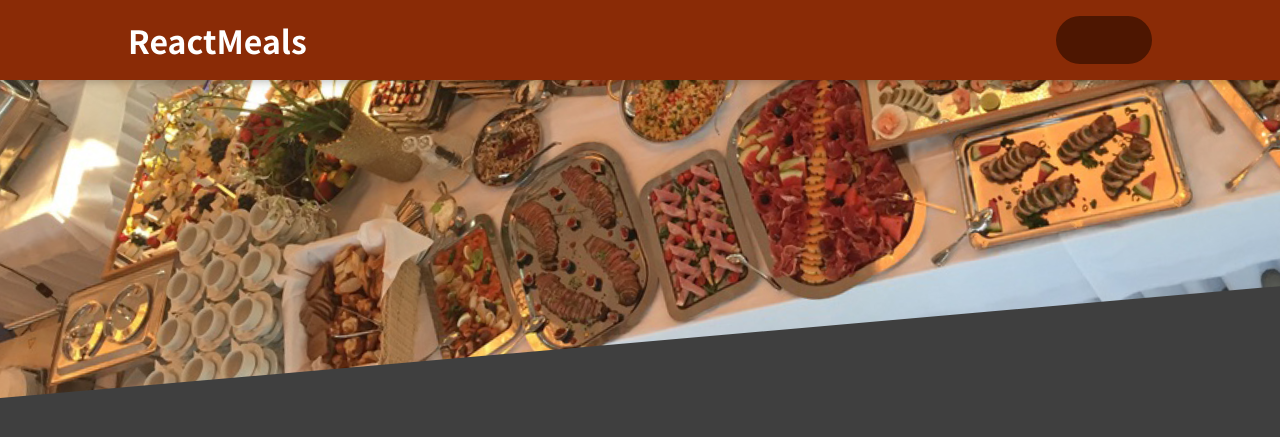
Repository: m-ahmadshaikh/React-Food-Ordering-App
Page: /
These files come from the project's save history. The page is drawn as it stood at one moment and after the next save; the edit follows.
The browser window is 1280 px wide. The pictures show the whole page.
The project was rebuilt for these pictures with package versions that can differ from the ones it lists, and the page was loaded fresh each time.

Above is the page before, as saved 2022-09-08 16:27:51.

### src/components/Layout/Header.js
import React from 'react';
import styles from './Header.module.css';
import mealsImage from '../../assets/meals.jpeg';
import HeaderCartButton from './HeaderCartButton';
export default function Header() {
  return (
    <React.Fragment>
      <header className={styles.header}>
        <h1>ReactMeals</h1>
        <HeaderCartButton />
      </header>
      <div className={styles['main-image']}>
        <img src={mealsImage} alt="A table full of delicious foods." />
      </div>
    </React.Fragment>
  );
}

### src/components/Layout/HeaderCartButton.js
import React from 'react';
import CartIcon from '../Cart/CartIcon';
import classes from './HeaderCartButton.module.css';
export default function HeaderCartButton() {
  return (
    <button className={classes.button}>
      <span>
        <CartIcon />
      </span>
      <span></span>
      <span></span>
    </button>
  );
}

### src/components/Cart/CartIcon.js
import React from 'react';

export default function CartIcon() {
  return (
    <svg
      xmlns="http://www.w3.org/2000/svg"
      viewBox="0 0 20 20"
      fill="currentColor">
      <path d="M3 1a1 1 0 000 2h1.22l.305 1.222a.997.997 0 00.01.042l1.358 5.43-.893.892C3.74 11.846 4.632 14 6.414 14H15a1 1 0 000-2H6.414l1-1H14a1 1 0 00.894-.553l3-6A1 1 0 0017 3H6.28l-.31-1.243A1 1 0 005 1H3zM16 16.5a1.5 1.5 0 11-3 0 1.5 1.5 0 013 0zM6.5 18a1.5 1.5 0 100-3 1.5 1.5 0 000 3z" />
    </svg>
  );
}

### src/components/Layout/HeaderCartButton.module.css
.button {
    cursor: pointer;
    font: inherit;
    border: none;
    background-color: #4d1601;
    color: white;
    padding: 0.75rem 3rem;
    display: flex;
    justify-content: space-around;
    align-items: center;
    border-radius: 25px;
    font-weight: bold;
}

.button:hover,
.button:active {
    background-color: #2c0d00;
}

.icon {
    width: 1.35rem;
    height: 1.35rem;
    margin-right: 0.5rem;
}

.badge {
    background-color: #b94517;
    padding: 0.25rem 1rem;
    border-radius: 25px;
    margin-left: 1rem;
    font-weight: bold;
}

.button:hover .badge,
.button:active .badge {
    background-color: #92320c;
}

.bump {
    animation: bump 300ms ease-out;
}

@keyframes bump {
    0% {
        transform: scale(1);
    }

    10% {
        transform: scale(0.9);
    }

    30% {
        transform: scale(1.1);
    }

    50% {
        transform: scale(1.15);
    }

    100% {
        transform: scale(1);
    }
}

Loaded but not shown: public/index.html (common file); src/index.js (common file); src/index.css (common file); src/App.js (common file); src/components/Layout/Header.module.css (common file)

After the next save:
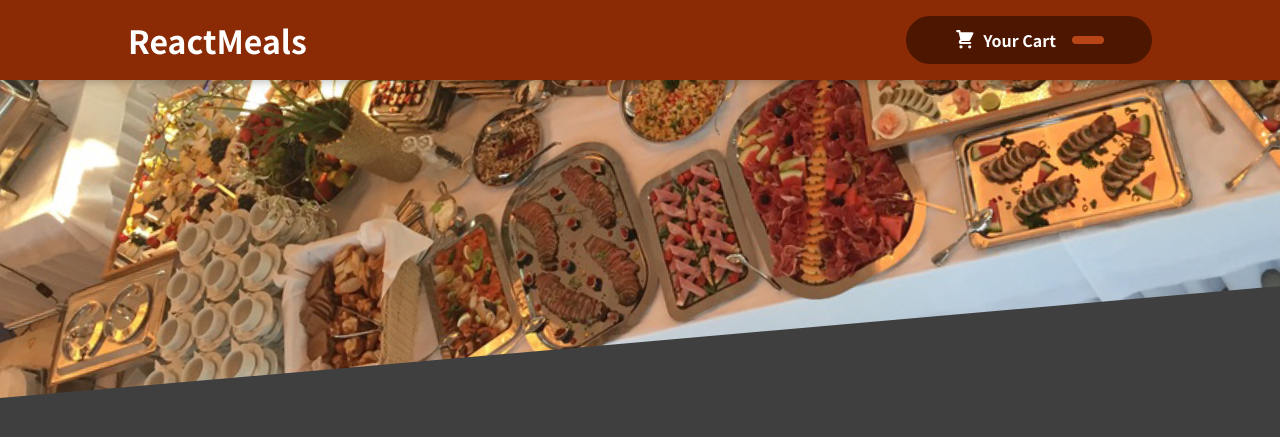
Saved 70 s later.
--- a/src/components/Layout/HeaderCartButton.js
+++ b/src/components/Layout/HeaderCartButton.js
@@ -4,11 +4,11 @@ import classes from './HeaderCartButton.module.css';
 export default function HeaderCartButton() {
   return (
     <button className={classes.button}>
-      <span>
+      <span className={classes.icon}>
         <CartIcon />
       </span>
-      <span></span>
-      <span></span>
+      <span>Your Cart</span>
+      <span className={classes.badge}></span>
     </button>
   );
 }
